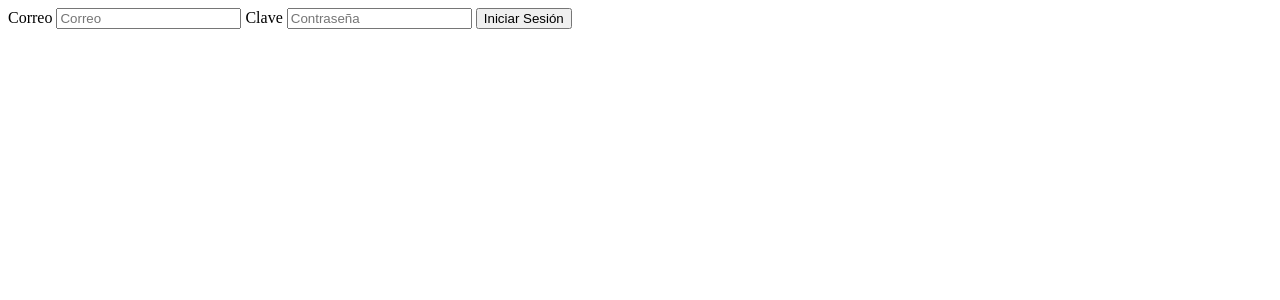
Repository: LuisCondori98/LP1-CIB
Page: http://localhost/Clase-02/jsp/Login.jsp
An editor plug-in stored every save of this project. The page is shown before and after the next save, followed by the edit.
The browser window is 1280 px wide. The pictures show the whole page.
The page is served by Tomcat 9.

Above is the page before, as saved 2025-01-12 19:16:11.

### Clase-02/src/main/webapp/jsp/Login.jsp
<%@ page language="java" contentType="text/html; charset=ISO-8859-1"
    pageEncoding="ISO-8859-1"%>
<!DOCTYPE html>
<html>
<head>
<meta charset="ISO-8859-1">
<title>Insert title here</title>
</head>
<body>
<form action="" name="registration">



   <label for="email">Correo</label>

   <input type="email" name="email" id="email" placeholder="Correo"/>



   <label for="password">Clave</label>

   <input type="password" name="password" id="password" placeholder="Contraseña"/>



   <button type="submit" class="btn btn-primary">Iniciar Sesión</button>



</form>
</body>
</html>

After the next save:
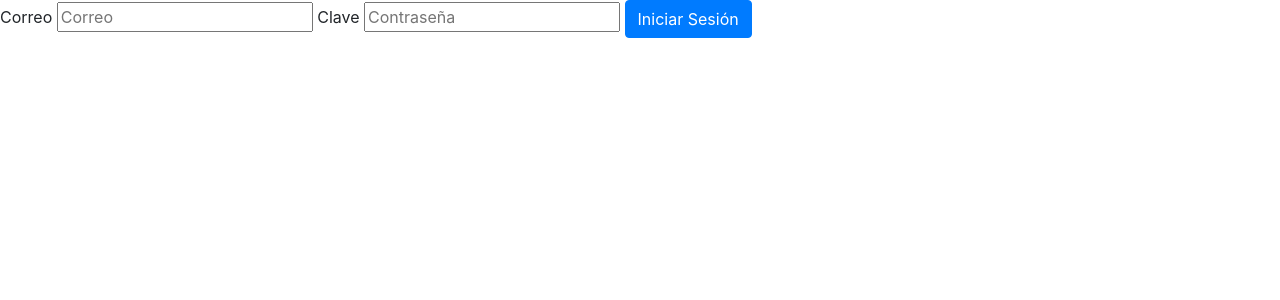
Saved 59 s later.
--- a/Clase-02/src/main/webapp/jsp/Login.jsp
+++ b/Clase-02/src/main/webapp/jsp/Login.jsp
@@ -5,6 +5,8 @@
 <head>
 <meta charset="ISO-8859-1">
 <title>Insert title here</title>
+<link rel="stylesheet" href="https://maxcdn.bootstrapcdn.com/font-awesome/4.7.0/css/font-awesome.min.css">
+<link rel="stylesheet" href="https://stackpath.bootstrapcdn.com/bootstrap/4.4.1/css/bootstrap.min.css">
 </head>
 <body>
 <form action="" name="registration">
